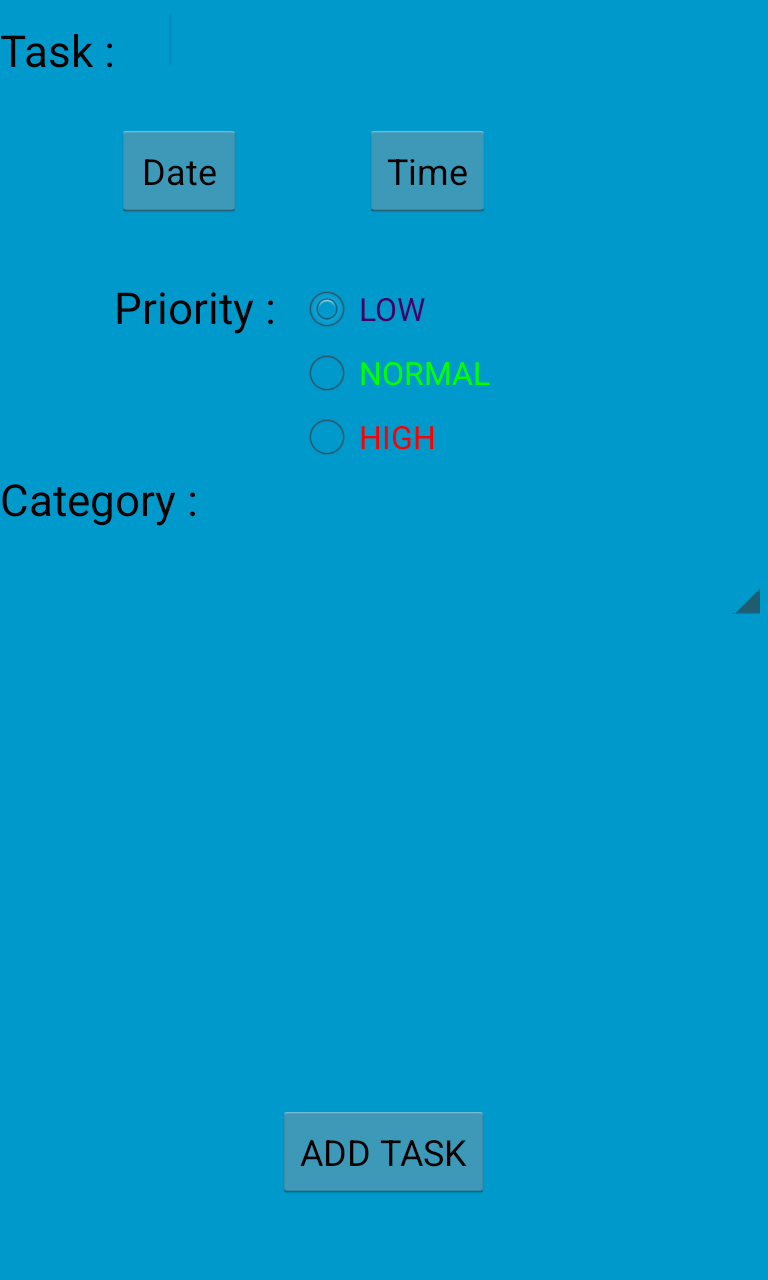
Repository: satyadarls/ToDo
Layout: ToDo/res/layout/customdialog_layout.xml
These files come from the project's save history. The layout is drawn as it stood at one moment and after the next save; the edit follows.
It is drawn on a 768 x 1280 px phone screen (xhdpi) without system bars, with theme AppTheme; the app's code is not run.

Above is the layout before, as saved 2014-07-07 19:06:43.

### ToDo/res/layout/customdialog_layout.xml
<?xml version="1.0" encoding="utf-8"?>
<RelativeLayout xmlns:android="http://schemas.android.com/apk/res/android"
    xmlns:android1="http://schemas.android.com/apk/res/android"
    android:layout_width="match_parent"
    android:layout_height="match_parent"
    android:background="#0099CC" >

    <TextView
        android:id="@+id/textView1"
        android:layout_width="wrap_content"
        android:layout_height="wrap_content"
        android:layout_alignBottom="@+id/dialogTaskText"
        android:layout_alignParentLeft="true"
        android:text="Task :"
        android:textAppearance="?android:attr/textAppearanceLarge" />

    <Button
        android:id="@+id/timebutton"
        android:layout_width="wrap_content"
        android:layout_height="wrap_content"
        android:layout_alignBaseline="@+id/datebutton"
        android:layout_alignBottom="@+id/datebutton"
        android:layout_marginLeft="60dp"
        android:layout_toRightOf="@+id/datebutton"
        android:text="Time" />

    <Button
        android:id="@+id/datebutton"
        android:layout_width="wrap_content"
        android:layout_height="wrap_content"
        android:layout_below="@+id/dialogTaskText"
        android:layout_marginTop="22dp"
        android:layout_toRightOf="@+id/textView1"
        android:text="Date" />

    <EditText
        android:id="@+id/dialogTaskText"
        android:layout_width="wrap_content"
        android:layout_height="wrap_content"
        android:layout_alignLeft="@+id/datebutton"
        android:layout_alignParentTop="true"
        android:layout_marginLeft="15dp"
        android:ems="10" >

        <requestFocus />
    </EditText>

    <RadioGroup
        android:id="@+id/radioGroup1"
        android:layout_width="wrap_content"
        android:layout_height="wrap_content"
        android:layout_alignRight="@+id/dialogButton"
        android:layout_below="@+id/timebutton"
        android:layout_marginTop="29dp" >

        <RadioButton
            android:id="@+id/radio0"
            android:layout_width="wrap_content"
            android:layout_height="wrap_content"
            android:checked="true"
            android:textColor="#440066"
            android:text="LOW" />

        <RadioButton
            android:id="@+id/radio1"
            android:layout_width="wrap_content"
            android:layout_height="wrap_content"
            android:textColor="#00ff00"
            android:text="NORMAL" />

        <RadioButton
            android:id="@+id/radio2"
            android:layout_width="wrap_content"
            android:layout_height="wrap_content"
            android:textColor="#ff0000"
            android:text="HIGH" />
    </RadioGroup>

    <TextView
        android:id="@+id/textView2"
        android:layout_width="wrap_content"
        android:layout_height="wrap_content"
        android:layout_alignTop="@+id/radioGroup1"
        android:layout_toLeftOf="@+id/dialogButton"
        android:text="Priority :"
        android:textAppearance="?android:attr/textAppearanceLarge" />

    <TextView
        android1:id="@+id/textView3"
        android1:layout_width="wrap_content"
        android1:layout_height="wrap_content"
        android1:layout_alignParentLeft="true"
        android1:layout_below="@+id/radioGroup1"
        android1:text="Category :"
        android1:textAppearance="?android:attr/textAppearanceLarge" />

    <Button
        android1:id="@+id/dialogButton"
        android1:layout_width="wrap_content"
        android1:layout_height="wrap_content"
        android1:layout_alignParentBottom="true"
        android1:layout_centerHorizontal="true"
        android1:layout_marginBottom="40dp"
        android1:text="ADD TASK" />

    <Spinner
        android1:id="@+id/categoryspinner"
        android1:layout_width="wrap_content"
        android1:layout_height="wrap_content"
        android1:layout_alignParentRight="true"
        android1:layout_below="@+id/textView3"
        android1:layout_marginTop="15dp" />

</RelativeLayout>

Loaded but not shown: ToDo/res/values/styles.xml (common file); ToDo/res/values-v11/styles.xml (common file); ToDo/res/values-v14/styles.xml (common file)

After the next save:
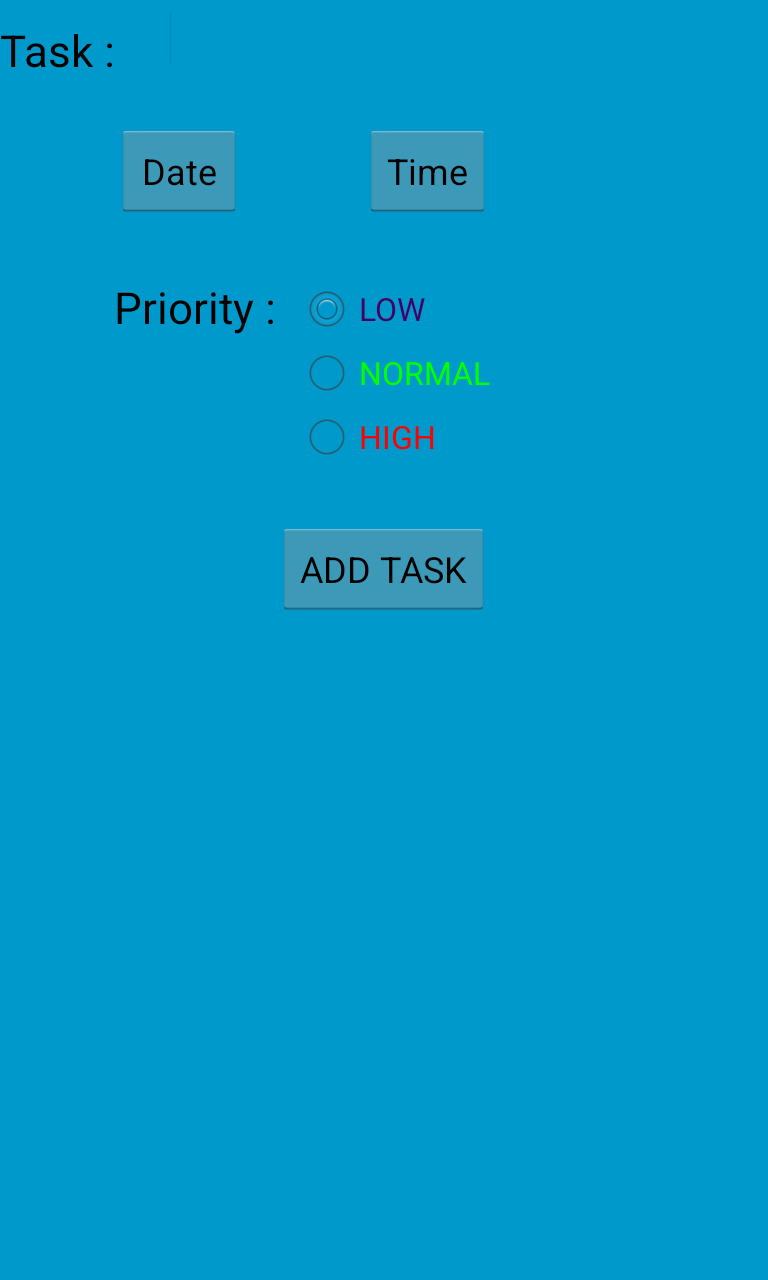
Saved 104 s later.
--- a/ToDo/res/layout/customdialog_layout.xml
+++ b/ToDo/res/layout/customdialog_layout.xml
@@ -85,30 +85,13 @@
         android:text="Priority :"
         android:textAppearance="?android:attr/textAppearanceLarge" />
 
-    <TextView
-        android1:id="@+id/textView3"
-        android1:layout_width="wrap_content"
-        android1:layout_height="wrap_content"
-        android1:layout_alignParentLeft="true"
-        android1:layout_below="@+id/radioGroup1"
-        android1:text="Category :"
-        android1:textAppearance="?android:attr/textAppearanceLarge" />
-
     <Button
         android1:id="@+id/dialogButton"
         android1:layout_width="wrap_content"
         android1:layout_height="wrap_content"
-        android1:layout_alignParentBottom="true"
+        android1:layout_below="@+id/radioGroup1"
         android1:layout_centerHorizontal="true"
-        android1:layout_marginBottom="40dp"
+        android1:layout_marginTop="26dp"
         android1:text="ADD TASK" />
 
-    <Spinner
-        android1:id="@+id/categoryspinner"
-        android1:layout_width="wrap_content"
-        android1:layout_height="wrap_content"
-        android1:layout_alignParentRight="true"
-        android1:layout_below="@+id/textView3"
-        android1:layout_marginTop="15dp" />
-
 </RelativeLayout>
